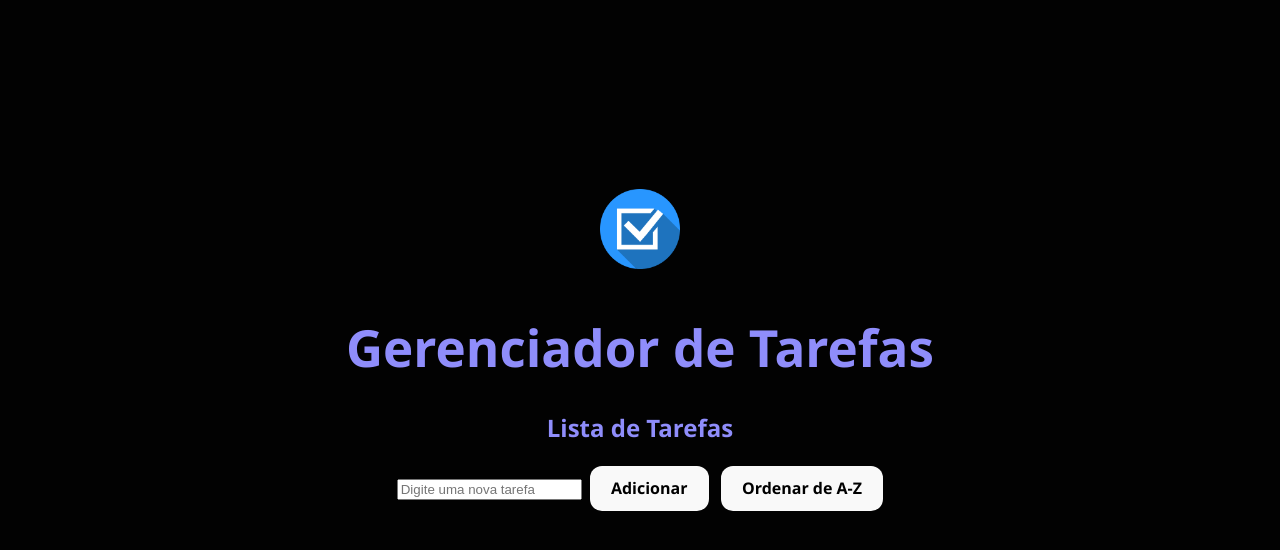
Repository: GustaPit/gerenciador-de-tarefas
Page: /
The author's editor kept a copy of each file at every save. The page is drawn from the files as they stood at one save, then again after the next save.
The browser window is 1280 px wide. The pictures show the whole page.
The project was rebuilt for these pictures with package versions that can differ from the ones it lists, and the page was loaded fresh each time. Also part of the build but not shown: vite.config.js.

Above is the page before, as saved 2025-04-10 14:44:09.

After the next save:
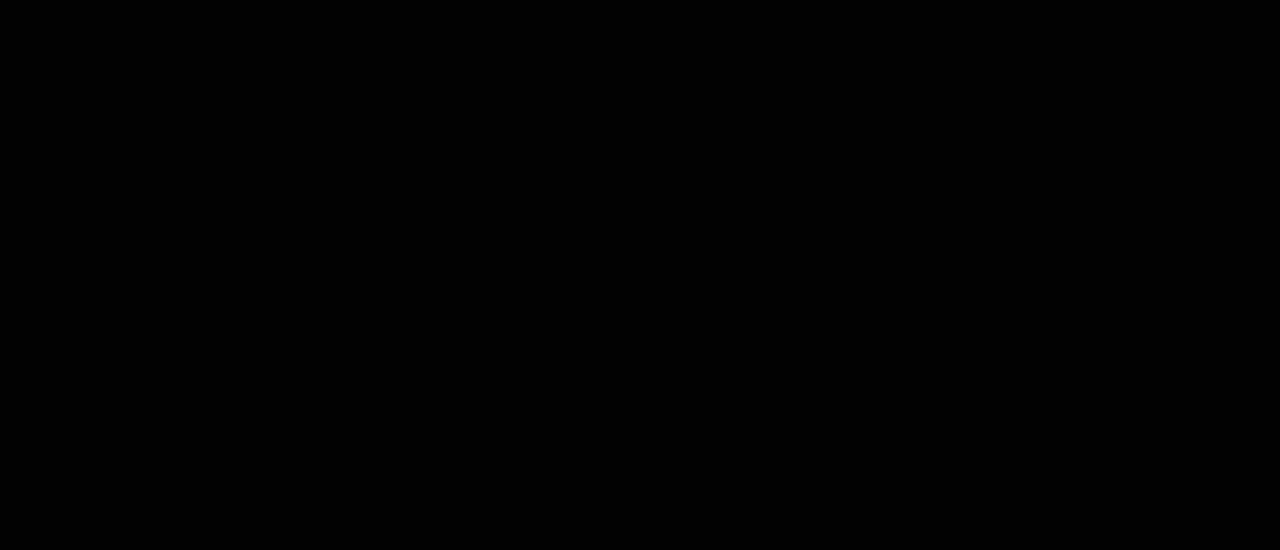
Console error: TypeError: tarefas.map is not a function
Saved 6 min 37 s later.
--- a/src/components/ListaTarefas.jsx
+++ b/src/components/ListaTarefas.jsx
@@ -17,7 +17,11 @@
   }, []);
    // sempre que a lista de tarefas muda, atualiza no localStorage
    useEffect(() => {
-    localStorage.setItem('tarefas',JSON.stringify(tarefas));
+    let jTarefas = {
+      tarefas: tarefas
+    }
+
+    localStorage.setItem('tarefas',JSON.stringify(jTarefas));
   }, [tarefas]);
 
   const adicionarTarefa = () => { // adiciona uma tarefa nova

After the 6 saves that followed:
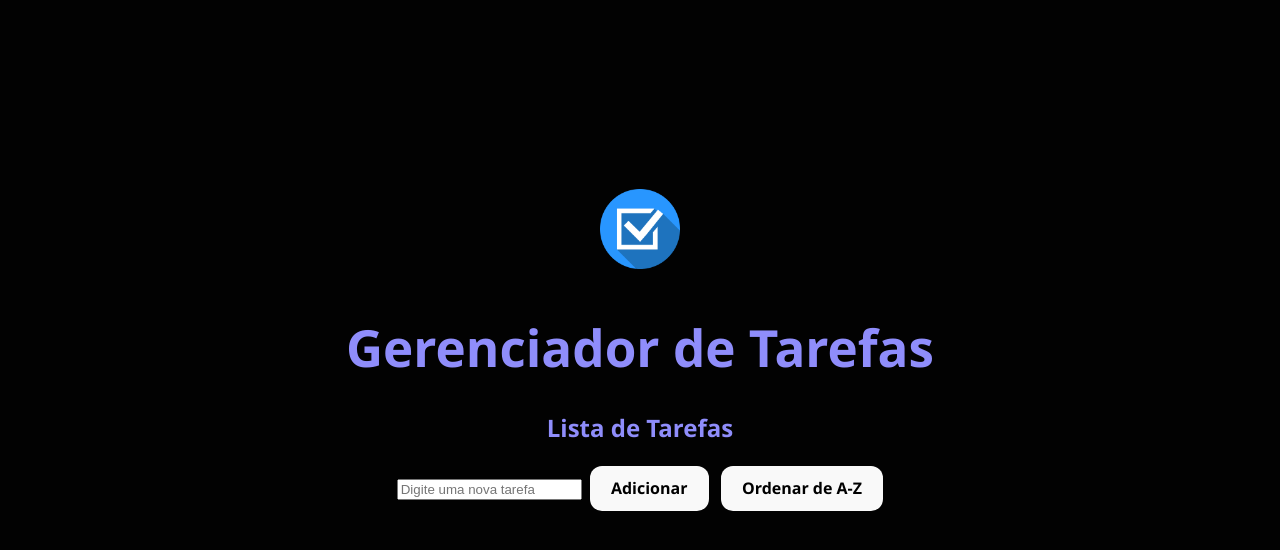
The error is gone.
The 6 saves are shown as one change because 5 left the picture as it was.
The last was saved 10 min 47 s later.
--- a/src/components/ListaTarefas.jsx
+++ b/src/components/ListaTarefas.jsx
@@ -10,18 +10,22 @@
   const [erro, setErro] = useState('');// mensagem de erro, caso tente adicionar uma tarefa sem prencher a caixa
 
  useEffect(() => {
-    const tarefasSalvas = localStorage.getItem('tarefas');
+    const tarefasSalvas = localStorage.getItem('tarefas2');
+    console.log(tarefasSalvas)
     if (tarefasSalvas) {
       setTarefas(JSON.parse(tarefasSalvas));
+      console.log(tarefas)
+    } else {
+      setTarefas([]);
     }
   }, []);
    // sempre que a lista de tarefas muda, atualiza no localStorage
    useEffect(() => {
-    let jTarefas = {
-      tarefas: tarefas
-    }
+    // let jTarefas = {
+    //   tarefas: tarefas
+    // }
 
-    localStorage.setItem('tarefas',JSON.stringify(jTarefas));
+    localStorage.setItem('tarefas2',JSON.stringify(tarefas));
   }, [tarefas]);
 
   const adicionarTarefa = () => { // adiciona uma tarefa nova
